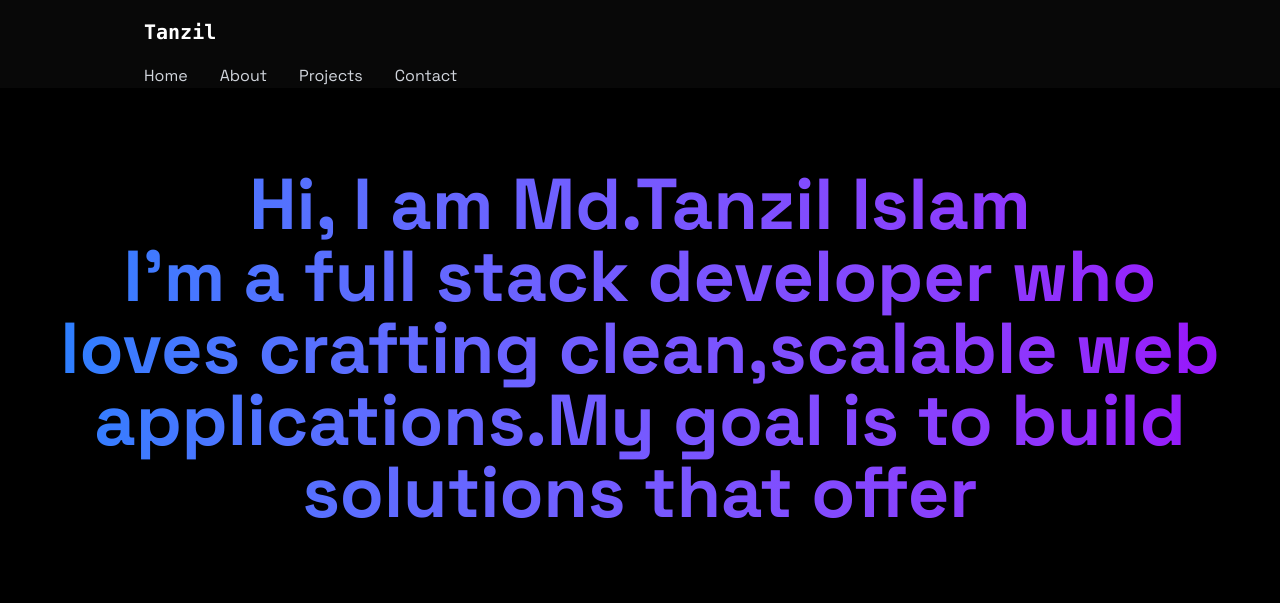
Repository: tanimtanzilislam/my_portfolio
Page: /
These files come from the project's save history. The page is drawn as it stood at one moment and after a run of saves; the edit follows.
The browser window is 1280 px wide. The pictures show the whole page.
The project was rebuilt for these pictures with package versions that can differ from the ones it lists, and the page was loaded fresh each time. Also part of the build but not shown: vite.config.js.

Above is the page before, as saved 2025-05-10 11:41:01.

After the next 2 saves:
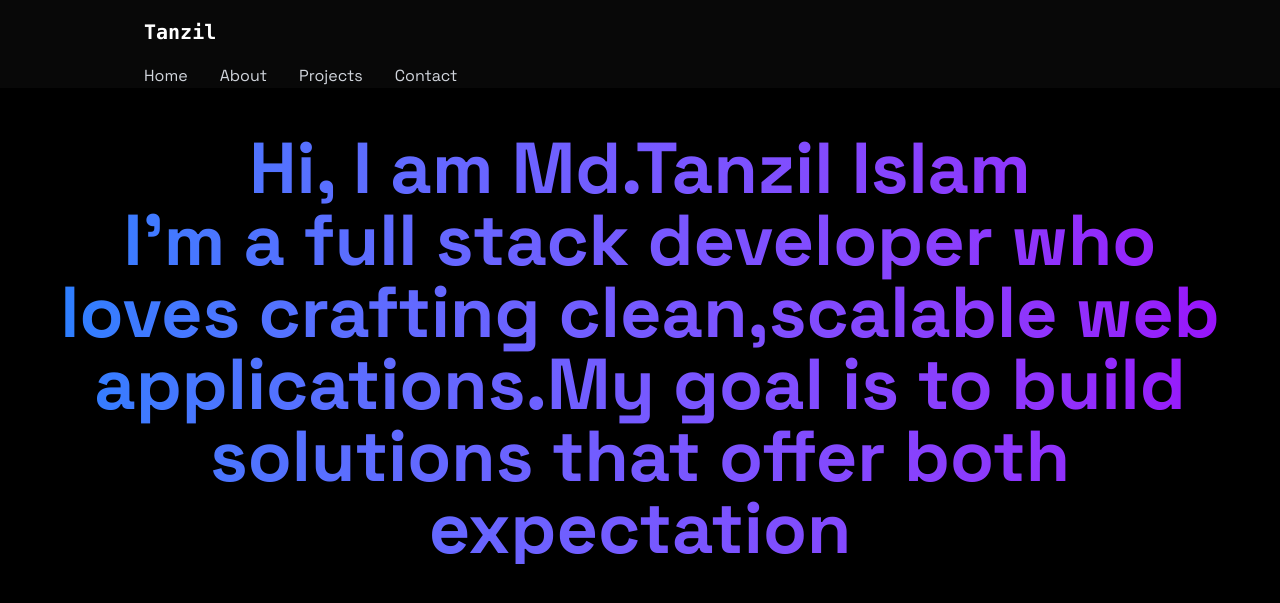
The 2 saves are shown as one change because they came seconds apart.
The last was saved 10 s later.
--- a/src/components/sections/Home.jsx
+++ b/src/components/sections/Home.jsx
@@ -3,7 +3,7 @@ export const Home =()=>{
         <div className="text-center z-10 px-14">
             <h1 className="text-5xl md:text-7xl font-bold mb-6 bg-gradient-to-r from-blue-500 to-purple-600 bg-clip-text text-transparent leading-right">Hi, I am Md.Tanzil Islam
                 <p>
-                    I'm a full stack developer who loves crafting clean,scalable web applications.My goal is to build solutions that offer                 </p>
+                    I'm a full stack developer who loves crafting clean,scalable web applications.My goal is to build solutions that offer both expectation                </p>
             </h1>
         </div>
     </section>
